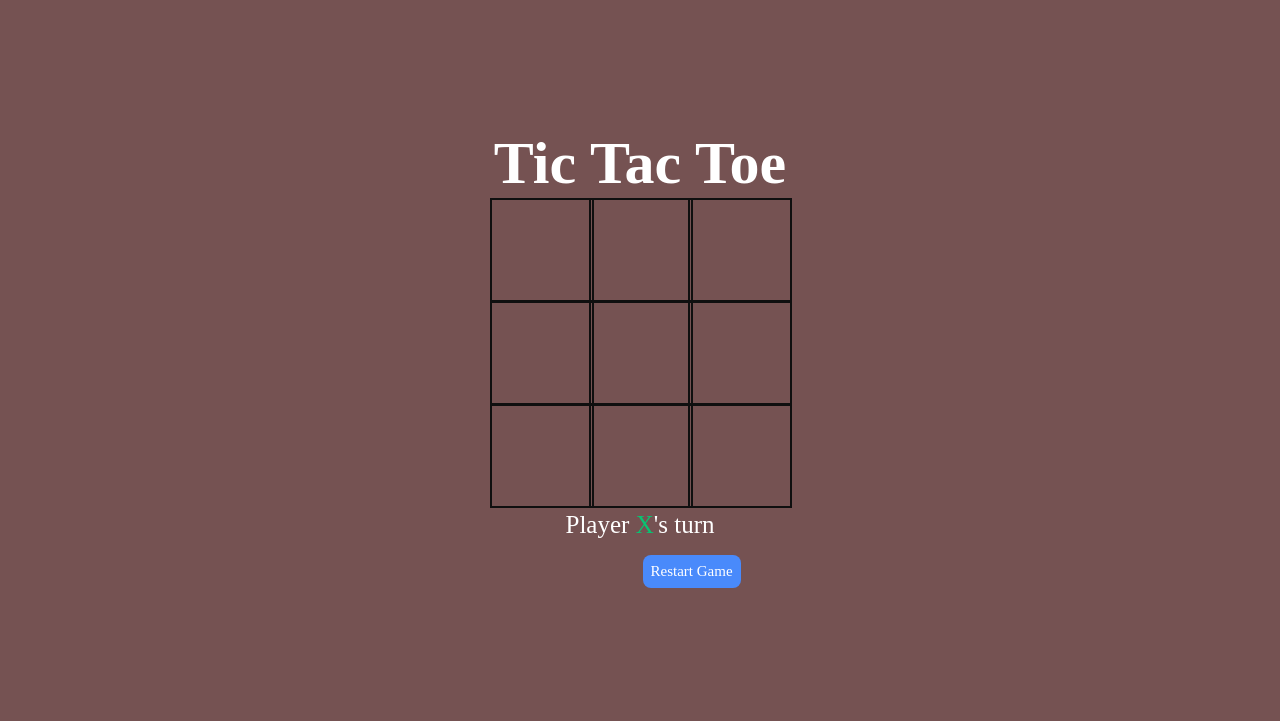
Repository: sedashahnazaryan/tic-tac-too
Page: index.html
These files come from the project's save history. The page is drawn as it stood at one moment and after the next save; the edit follows.
The browser window is 1280 px wide. The pictures show the whole page.

Above is the page before, as saved 2022-02-01 00:04:35.

### index.html
<!DOCTYPE html>
<html lang="en">
  <head>
    <meta charset="UTF-8" />
    <meta http-equiv="X-UA-Compatible" content="IE=edge" />
    <meta name="viewport" content="width=device-width, initial-scale=1.0" />
    <link rel="stylesheet" href="./index.css" />
    <title>Tic-Tac-Toe</title>
  </head>
  <main class="background">
    <section class="title">
        <h1>Tic Tac Toe</h1>
    </section>

    <section class="container">
        <div class="tile"></div>
        <div class="tile"></div>
        <div class="tile"></div>
        <div class="tile"></div>
        <div class="tile"></div>
        <div class="tile"></div>
        <div class="tile"></div>
        <div class="tile"></div>
        <div class="tile"></div>
    </section>
    <section class="display">
        Player <span class="display-player playerX">X</span>'s turn
    </section>
    <section class="display announcer hide"></section>
    <section class="controls">
        <button id="restart">Restart Game</button>
    </section>
</main>
  <body>
    <script src="index.js"></script>
  </body>
</html>

### index.css
* {
    padding: 0;
    margin: 0;
    font-family: 'Itim', cursive;
}
.background{
    background-color: #755252;
    height: 100vh;
    padding-top: 1px;
}
.title{
    color: white;
    text-align: center;
    font-size: 40px;
    margin-top: 10%;
}
.display
{
    color:white;
    font-size: 25px;
    text-align: center;
    margin-top: 1px;
    margin-bottom: 1pc;
}
.hide{
    display: none;
}
.container {
    margin: 0 auto;
    display: grid;
    grid-template-columns: 33% 33% 33%;
    grid-template-rows: 33% 33% 33%;
    max-width: 300px;
}
.tile {
    border: 2px solid rgb(15, 15, 15);
    min-width: 100px;
    min-height: 100px;
    display: flex;
    justify-content: center;
    align-items: center;
    font-size: 50px;
    cursor: pointer;
}
.playerX {
    color: #09C372;
}

.playerO {
    color: #498AFB;
}
.contrtols{
    display: flex;
    flex-direction: row;
    justify-content:center;
    align-items: center;
    margin-top: 1cm;
}
#restart{
    background-color: #498AFB;
    color: white;
    padding: 8px;
    border-radius: 8px;
    border: none;
    font-size: 15px;
    margin-left: 17cm;
    cursor: pointer;

}

### index.js
let board =[
    ["-","-","-"],
    ["-","-","-"],
    ["-","-","-"]
];
let boardStr =board[0].join(" ")+
"\n"+
board[1].join(" ")+
"\n"+
board[2].join(" ");

After the next save:
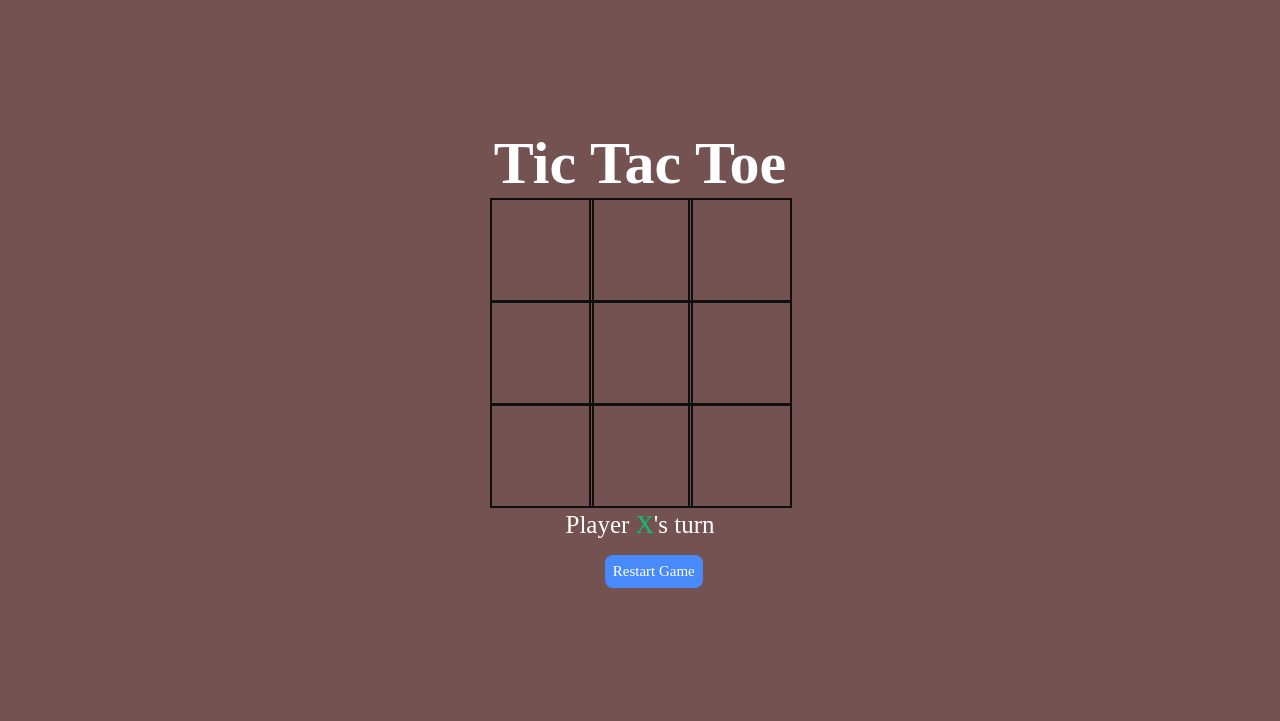
Saved 13 s later.
--- a/index.css
+++ b/index.css
@@ -63,7 +63,7 @@
     border-radius: 8px;
     border: none;
     font-size: 15px;
-    margin-left: 17cm;
+    margin-left: 16cm;
     cursor: pointer;
 
 }
